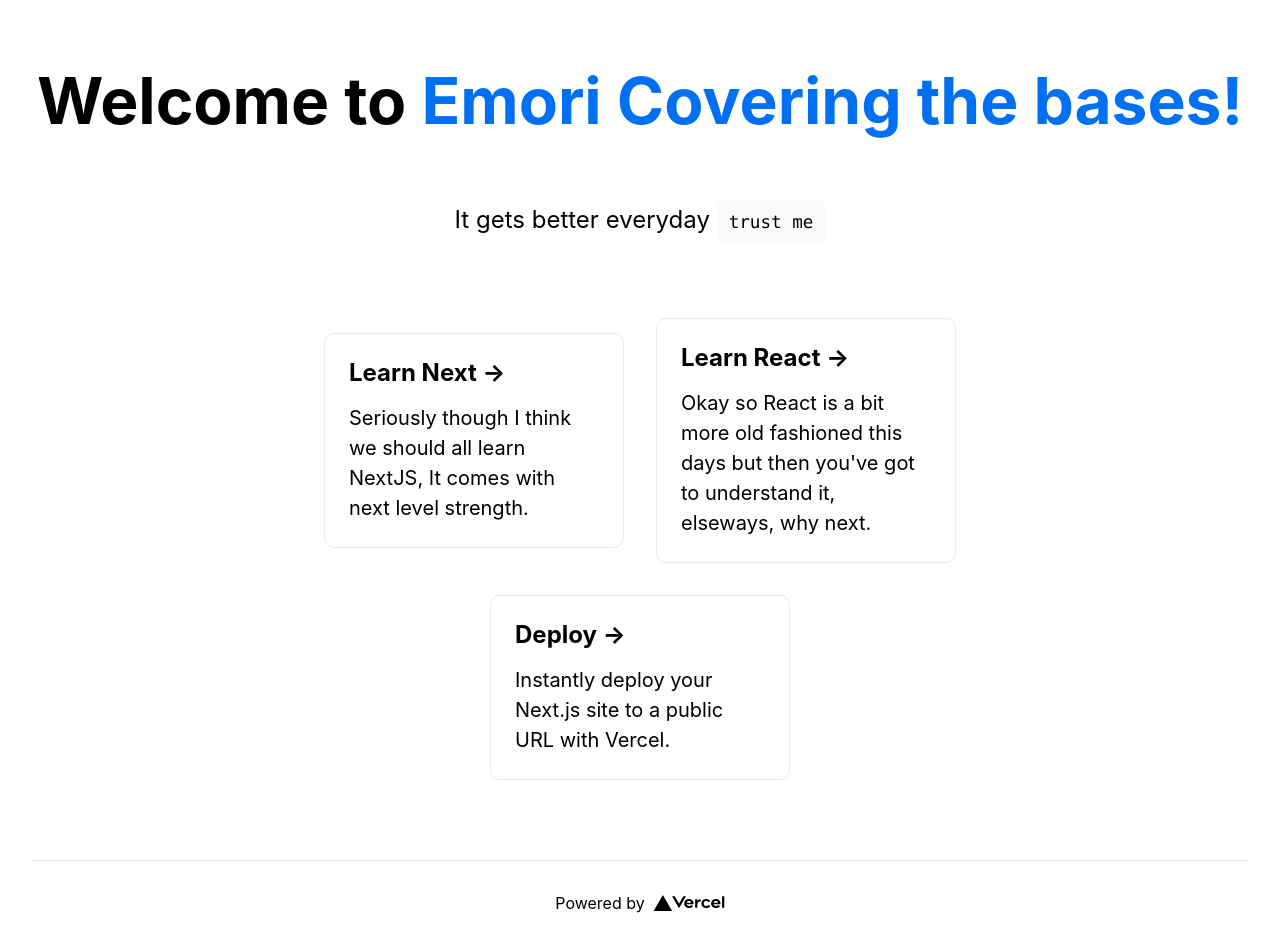
Repository: emorilebo/next-linkedin-training
Page: /
An editor plug-in stored every save of this project. The page is shown before and after the next save, followed by the edit.
The browser window is 1280 px wide. The pictures show the whole page.
The project was rebuilt for these pictures with package versions that can differ from the ones it lists, and the page was loaded fresh each time. The framework's server and built-in components were replaced by stand-ins that run in the browser. Also part of the build but not shown: next.config.js.

Above is the page before, as saved 2022-12-25 18:01:21.

### pages/index.js
import Head from "next/head";
import Image from "next/image";
import Link from "next/link";
import styles from "../styles/Home.module.css";

export default function Home() {
  return (
    <div className={styles.container}>
      <Head>
        <title>Emori Learning Next From LinkedIn</title>
        <meta
          name="description"
          content="I know I know, but we need to cover the bases as much as possible. #emoricoin"
        />
        <link rel="icon" href="/favicon.ico" />
      </Head>

      <main className={styles.main}>
        <h1 className={styles.title}>
          Welcome to <a href="https://nextjs.org">Emori Covering the bases!</a>
        </h1>

        <p className={styles.description}>
          It gets better everyday <code className={styles.code}>trust me</code>
        </p>

        <div className={styles.grid}>
          <Link href="/learn/next" className={styles.card}>
            <h2>Learn Next &rarr;</h2>
            <p>Seriously though I think we should all learn NextJS, It comes with next level strength.</p>
          </Link>

          <Link href="/learn/next" className={styles.card}>
            <h2>Learn React &rarr;</h2>
            <p>Okay so React is a bit more old fashioned this days but then you've got to understand it, elseways, why next.</p>
          </Link>



          <a
            href="https://vercel.com/new?utm_source=create-next-app&utm_medium=default-template&utm_campaign=create-next-app"
            className={styles.card}
          >
            <h2>Deploy &rarr;</h2>
            <p>
              Instantly deploy your Next.js site to a public URL with Vercel.
            </p>
          </a>
        </div>
      </main>

      <footer className={styles.footer}>
        <a
          href="https://vercel.com?utm_source=create-next-app&utm_medium=default-template&utm_campaign=create-next-app"
          target="_blank"
          rel="noopener noreferrer"
        >
          Powered by{" "}
          <span className={styles.logo}>
            <Image src="/vercel.svg" alt="Vercel Logo" width={72} height={16} />
          </span>
        </a>
      </footer>
    </div>
  );
}

Loaded but not shown: pages/_app.js (common file); styles/globals.css (common file); styles/Home.module.css (common file)

After the next save:
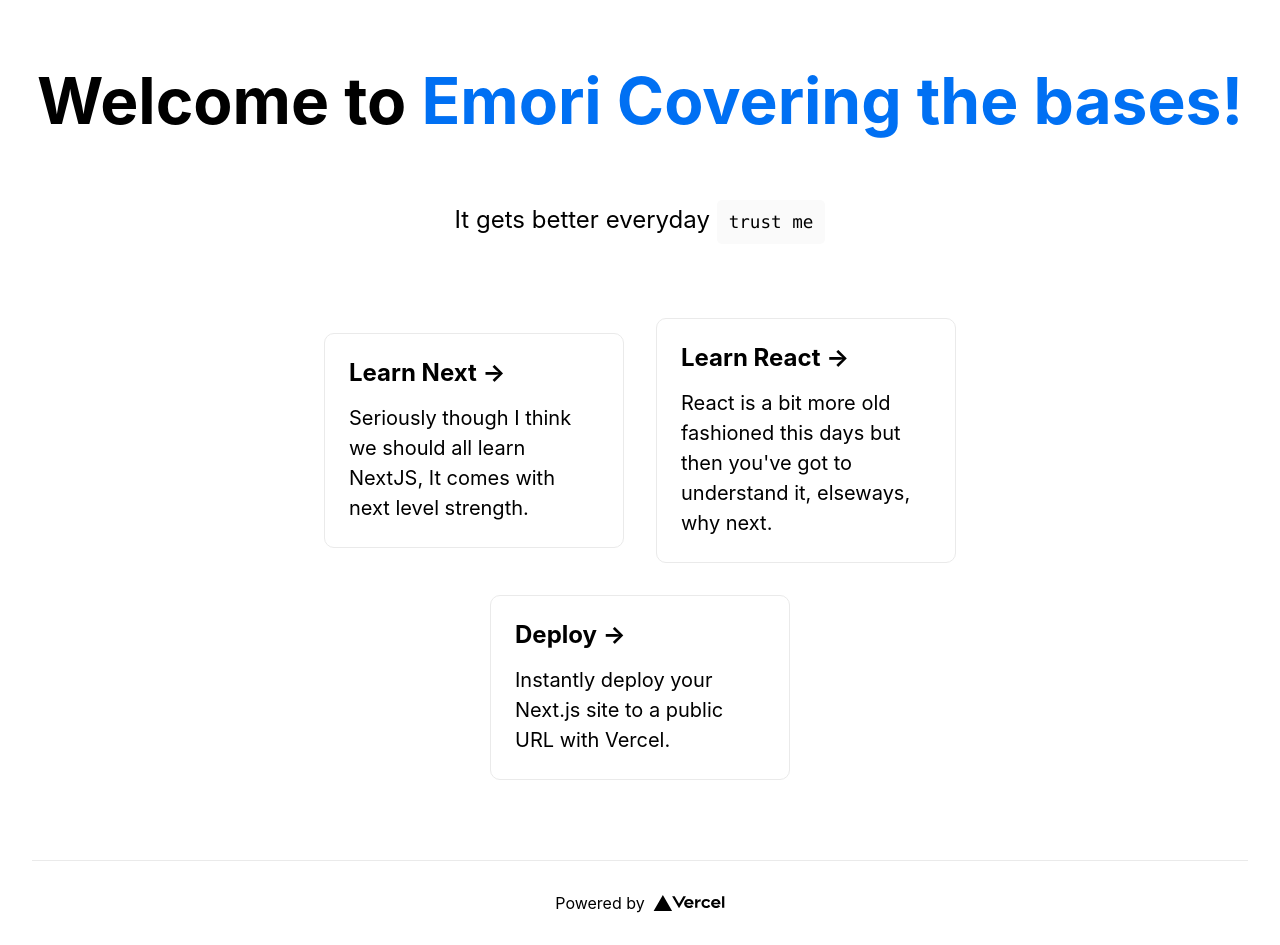
Saved 11 s later.
--- a/pages/index.js
+++ b/pages/index.js
@@ -32,7 +32,7 @@
 
           <Link href="/learn/next" className={styles.card}>
             <h2>Learn React &rarr;</h2>
-            <p>Okay so React is a bit more old fashioned this days but then you've got to understand it, elseways, why next.</p>
+            <p>React is a bit more old fashioned this days but then you've got to understand it, elseways, why next.</p>
           </Link>
 
 
